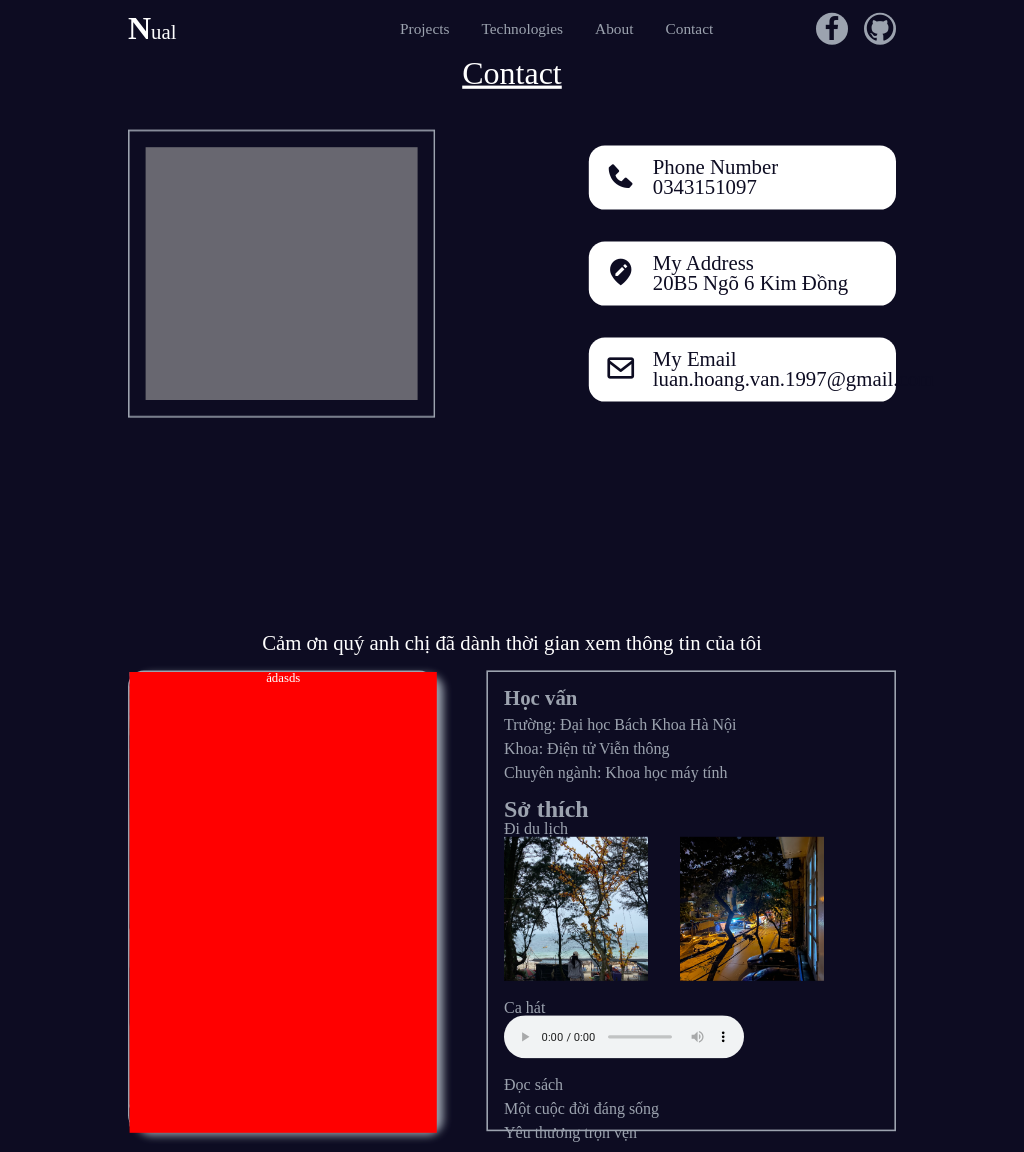
Repository: luanhoang0902/profile-react
Page: /Contact
The author's editor kept a copy of each file at every save. The page is drawn from the files as they stood at one save, then again after the next save.
The browser window is 1280 px wide. The pictures show the whole page, at 80% of full size.
Pictures or frames that could not be fetched are drawn as grey boxes. The project was rebuilt for these pictures with package versions that can differ from the ones it lists, and the page was loaded fresh each time. Also part of the build but not shown: src/components/Intro.jsx, src/css/Projects.css, src/features/Projects.jsx, src/css/Technologies.css, src/features/Technologies.jsx, src/css/About.css, src/features/About.jsx.

Above is the page before, as saved 2022-05-22 19:59:17.

After the next save:
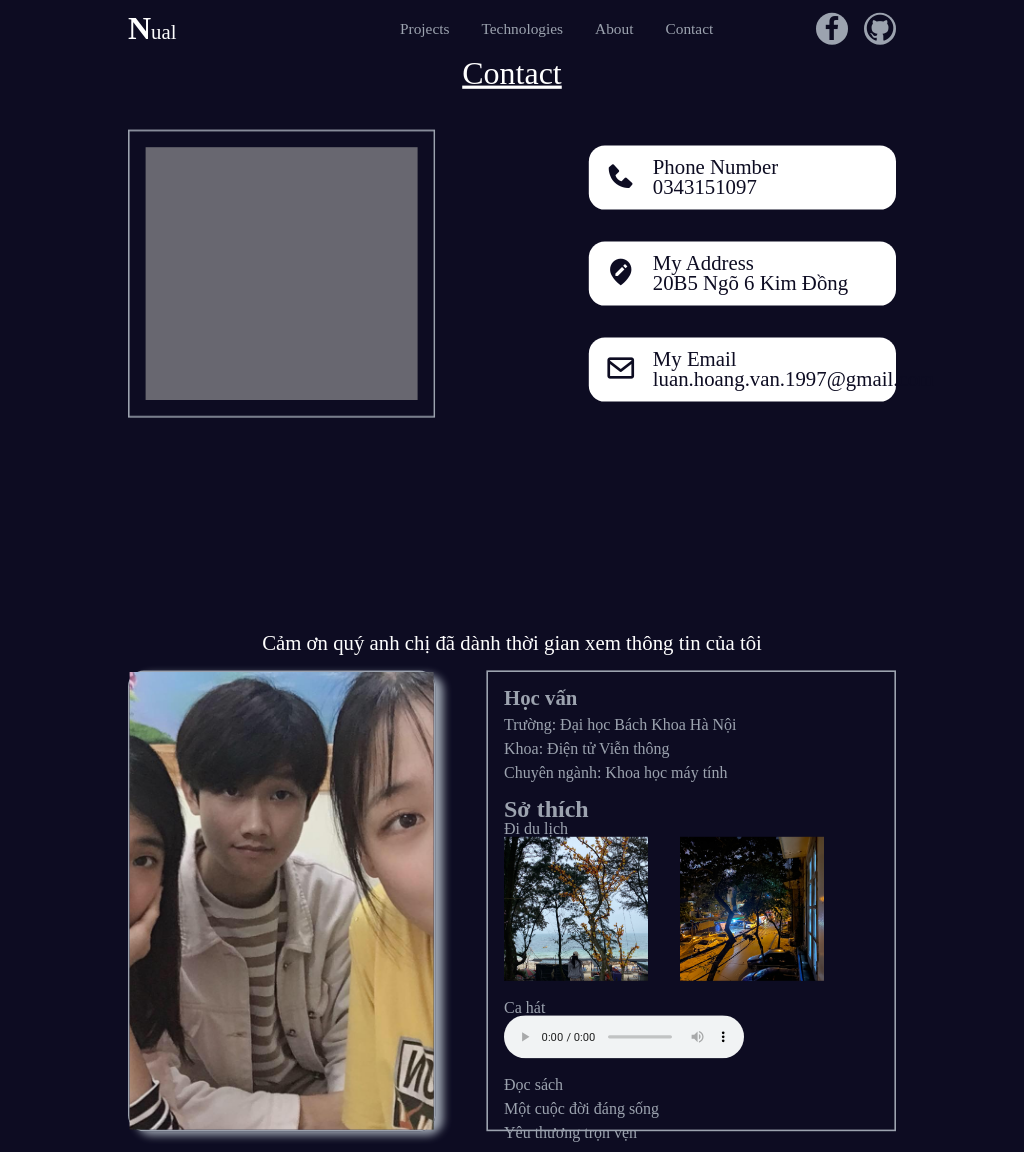
Saved 25 s later.
--- a/src/css/Home.css
+++ b/src/css/Home.css
@@ -40,6 +40,7 @@
     height: 80vh;
     width: 30vw;
     background-color: red;
+    transform: rotateY(90deg);
 }
 .home-image img:hover{
     transform: rotateY(90deg);
